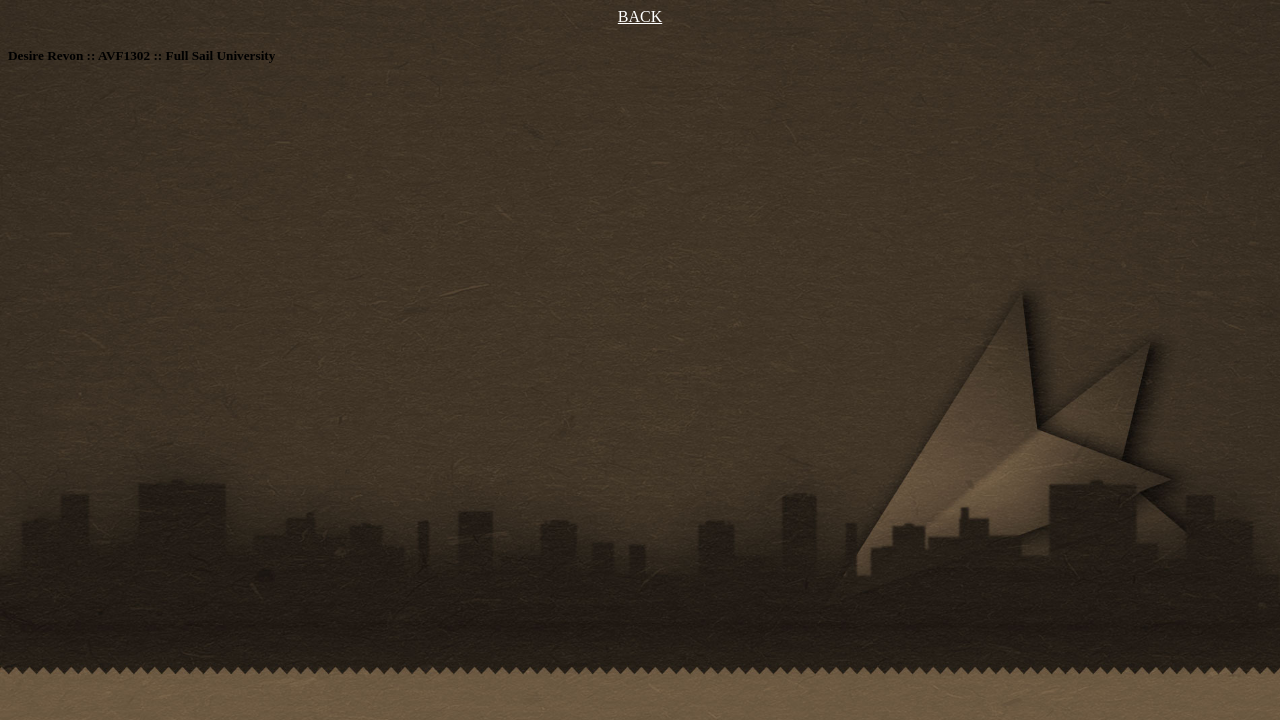
Repository: desirerevon/AVF2
Page: android/droidAp/assets/www/acel.html
An editor plug-in stored every save of this project. The page is shown before and after the next save, followed by the edit.
The browser window is 1280 px wide. The pictures show the whole page.

Above is the page before, as saved 2013-02-25 00:11:30.
Console error: TypeError: Cannot read properties of null (reading 'style')

### android/droidAp/assets/www/acel.html
<!DOCTYPE html>

<head>
        <meta charset="UTF-8">
        <title>Desire Revon</title>
		<meta name="description" content="Desire Revon Demo App"/>
		<meta name="robots" content="index, follow"/>
		<meta name="viewport" content="user-scalable=no, width=device-width"/>


		<!--  Mobile viewport optimized -->
		<meta name="HandheldFriendly" content="True">
        <meta name="MobileOptimized" content="320"/>
        <meta name="viewport" content="width=device-width, initial-scale=1.0">



        <!--Style Sheets-->
        <link rel="stylesheet" type="text/css" href="css/index.css" />



</head>
 <body>

     <header>
        <a href="index.html" class="back_btn">BACK</a>
    </header>

    <section id="acel">

    </section>

     <footer>
        <h5>Desire Revon :: AVF1302 :: Full Sail University</h5>
    </footer>


     <script type="text/javascript" src="js/libs/jquery.js"></script>
     <script type="text/javascript" src="cordova-2.3.0.js"></script>
     <script type="text/javascript" src="js/acel.js"></script>

 </body>
</html>

### android/droidAp/assets/www/css/index.css

html{
    min-height: 100%;
    background-size: cover;
    background-image: url(../images/wall.jpg);
    background-repeat: no-repeat;
    background-position: left top;
}

header{
    text-align:center;
}

ul{

list-style-type: none;
}

.back_btn{
color: #ffffff;
}

#weekOne h3{
color: #000066;

}

#weekTwo h3{
color: #000066;

}

#weekOne h3{

}

#developerInfo h3{
color: #000066;

}

#developerPage ul li{
top: 550px;
right: -400px;
margin: 0px auto 0px 50%;
margin-right: 50%;
position: fixed;
width: 700px;
}

#native ul li #al{
bottom: 15px;
right: -345px;
margin: 0px auto 0px 50%;
margin-right: 50%;
position: fixed;
width: 700px;

}

#native ul li #ac{
bottom: 15px;
right: -450px;
margin: 0px auto 0px 50%;
margin-right: 50%;
position: fixed;
width: 700px;

}

#native ul li #ge{
bottom: 15px;
right: -580px;
margin: 0px auto 0px 50%;
margin-right: 50%;
position: fixed;
width: 700px;

}

#native ul li #co{
bottom: 15px;
right: -720px;
margin: 0px auto 0px 50%;
margin-right: 50%;
position: fixed;
width: 700px;

}

#native ul li #ca{
bottom: 15px;
right: -850px;
margin: 0px auto 0px 50%;
margin-right: 50%;
position: fixed;
width: 700px;

}

#native ul li #ne{
bottom: 15px;
right: -980px;
margin: 0px auto 0px 50%;
margin-right: 50%;
position: fixed;
width: 700px;

}


#question ul li #one{

top: 15px;
right: -200px;
margin: 0px auto 0px 50%;
margin-right: 50%;
position: fixed;
width: 700px;
}

#questions ul li #two{
top: 50px;
right: -600px;
margin: 0px auto 0px 50%;
margin-right: 50%;
position: fixed;
width: 700px;

}

#questions ul li #three{
top: 50px;
right: -800px;
margin: 0px auto 0px 50%;
margin-right: 50%;
position: fixed;
width: 700px;

}
#videoPage ul li{
top: 15px;
right: -380px;
margin: 0px auto 0px 50%;
margin-right: 50%;
position: fixed;
width: 700px;
}


#weatherPage ul li{
top: 15px;
right: -940px;
margin: 0px auto 0px 50%;
margin-right: 50%;
position: fixed;
width: 700px;
}


#twitter{
min-height: 100%;
background-size: cover;
background-image: url(../images/twitBackdrop.png);
background-repeat: no-repeat;

}

#twitterPage ul li{
top: 15px;
right: -1000px;
margin: 0px auto 0px 50%;
margin-right: 50%;
position: fixed;
width: 700px;
}

#output{
right: -900px;
margin: 0px auto 0px 50%;
margin-right: 50%;
}


#output img{
float:left;
margin-right:10px;
border:solid 3px #000000;
width:60px;
height:60px;
}

#output{
color:#0066CC;
font-weight:bold;

}

#output li{
color:#ffffff;
font-size:15px;
width:300px;
margin: 0 auto;
list-style-type: none;
background-color: #000066;
border-radius: 15px;
padding: 5px;
margin: 20px;
color: #ffffff;
border-style: dotted;
}


div#map-canvas{

width: 500px;
height: 300px;
}

### android/droidAp/assets/www/js/acel.js
function onBodyLoad() {
	document.addEventListener("deviceready", onDeviceReady, false);
}

/* initialize PhoneGap */
function onDeviceReady() {
	console.log('PhoneGap Initialized');
}

function getCurrentAcceleration() {
    navigator.accelerometer.getCurrentAcceleration(onAccelerationSuccess, onError);
    console.log('getCurrentAcceleration');
}

// Success: Get snapshot of  current acceleration
function onAccelerationSuccess(acceleration) {
    alert('Acceleration X: ' + acceleration.x + ', Acceleration Y: ' + acceleration.y + ', Acceleration Z: ' + acceleration.z);
    console.log('Success. Get Snapshot of Current Acceleration');
}

// Error: Fail to get acceleration
function onError() {
    alert("onError");
    console.log('Failed to get Acceleration');
}

//START
var x = 0,
	y = 0,
	vx = 0,
	vy = 0,
	ax = 0,
	ay = 0;
var sphere = document.getElementById("sphere");
if (window.DeviceMotionEvent !== undefined) {
	window.ondevicemotion = function (e) {
		ax = event.accelerationIncludingGravity.x * 5;
		ay = event.accelerationIncludingGravity.y * 5;
		document.getElementById("accelerationX").innerHTML = e.accelerationIncludingGravity.x;
		document.getElementById("accelerationY").innerHTML = e.accelerationIncludingGravity.y;
		document.getElementById("accelerationZ").innerHTML = e.accelerationIncludingGravity.z;
		if (e.rotationRate) {
			document.getElementById("rotationAlpha").innerHTML = e.rotationRate.alpha;
			document.getElementById("rotationBeta").innerHTML = e.rotationRate.beta;
			document.getElementById("rotationGamma").innerHTML = e.rotationRate.gamma;
		}
	}

setInterval(function () {
	var landscapeOrientation=window.innerWidth/window.innerHeight>1;
	if (landscapeOrientation) {
	vx = vx + ay;
	vy = vy + ax;
		} else {
			vy = vy - ay;
			vx = vx + ax;
			}
	vx = vx * 0.98;
	vy = vy * 0.98;
	y = parseInt(y + vy / 50);
	x = parseInt(x + vx / 50);
	boundingBoxCheck();
	sphere.style.top = y + "px";
	sphere.style.left = x + "px";
	}, 25);
}

function boundingBoxCheck() {
if (x < 0) {
		x = 0;
		vx =- vx;
	}
		if (y < 0) {
			y = 0;
			vy =- vy;
		}
			if (x > document.documentElement.clientWidth - 20) {
				x = document.documentElement.clientWidth - 20;
				vx =- vx;
			}
				if (y > document.documentElement.clientHeight - 20) {
					y = document.documentElement.clientHeight - 20;
					vy =- vy;
				}
}
//STOP

Loaded but not shown: android/droidAp/assets/www/js/libs/jquery.js (library); android/droidAp/assets/www/cordova-2.3.0.js (library)

After the next save:
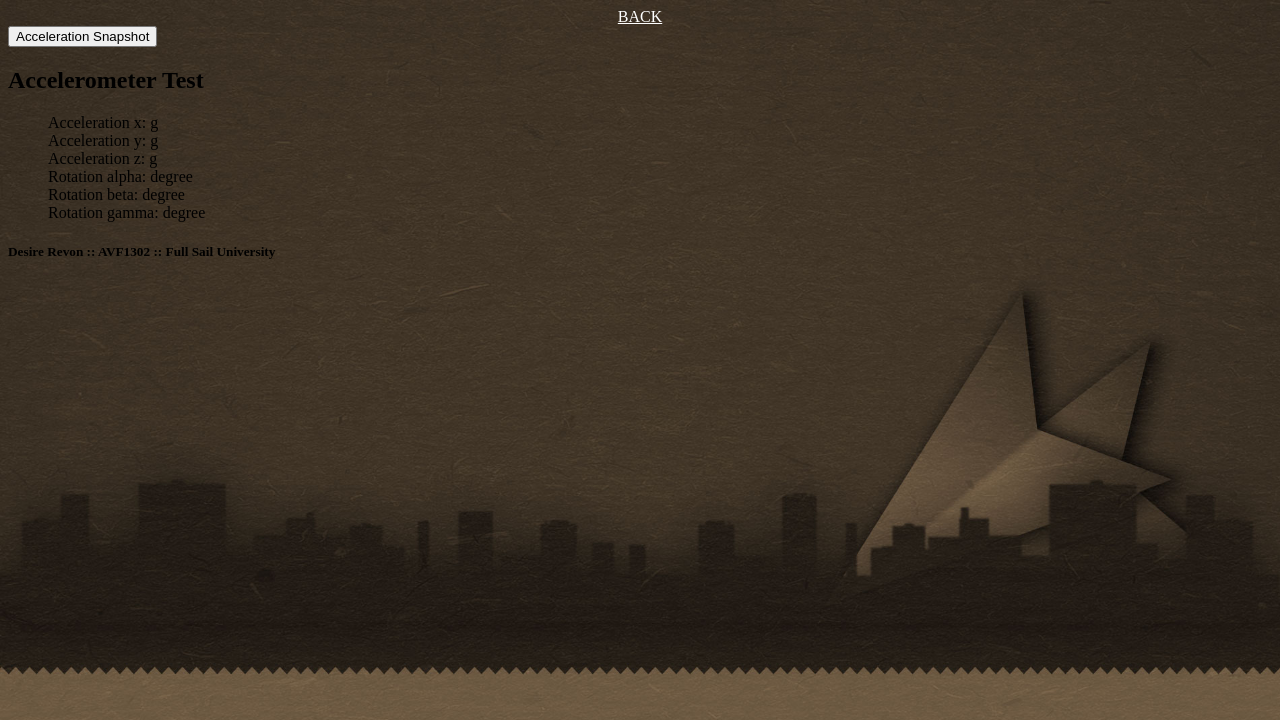
The error is gone.
Saved 5 s later.
--- a/android/droidAp/assets/www/acel.html
+++ b/android/droidAp/assets/www/acel.html
@@ -28,7 +28,22 @@
     </header>
 
     <section id="acel">
+		<button onclick="getCurrentAcceleration();">Acceleration Snapshot</button>
 
+			<div id="sphere_content">
+
+				<h1>Accelerometer Test</h1>
+				<div id=sphere></div>
+				<ul class="accTable">
+				<li>Acceleration x: <span id=accelerationX></span>g</li>
+				<li>Acceleration y: <span id=accelerationY></span>g</li>
+				<li>Acceleration z: <span id=accelerationZ></span>g</li>
+				<li>Rotation alpha: <span id=rotationAlpha></span>degree</li>
+				<li>Rotation beta: <span id=rotationBeta></span>degree</li>
+				<li>Rotation gamma: <span id=rotationGamma></span>degree</li>
+				</ul>
+
+			</div>
     </section>
 
      <footer>
